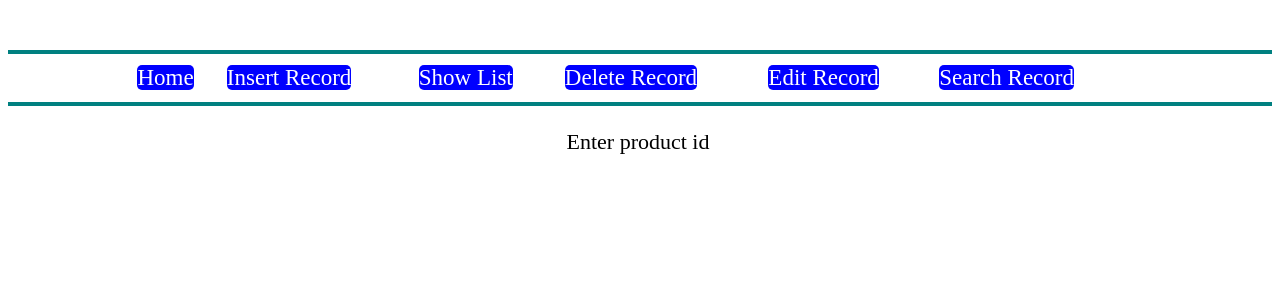
Repository: nikunj-var/Advance_Java
Page: http://localhost/product_management/insert.jsp
An editor plug-in stored every save of this project. The page is shown before and after the next save, followed by the edit.
The browser window is 1280 px wide. The pictures show the whole page.
The page is served by Tomcat 10. Other server files are loaded and not shown.

Above is the page before, as saved 2023-07-17 13:11:21.

### product_management/src/main/webapp/insert.jsp
<%@ include file = "navbar.jsp"%>
<html>
	<body>
		<table class='table'>
			<tr>
				<td>Enter product id</td>
				<td></td>
			</tr>
		</table>
	</body>
</html>

### product_management/src/main/webapp/navbar.jsp

<html>
	<head>
		<link rel='stylesheet' href='CSS/style.css'>
	</head>
	<body>
		<div class='div'>
			<hr style='border:2px solid teal;'>
			<table style='margin:auto; width:80%;' class='table'>
				<tr>
					<td><a href= '/product_management' class='btr'>Home</a></td>
					<td><a href= 'insert.jsp' class='btr'>Insert Record</a></td>
					<td><a href= '#' class='btr'>Show List</a></td>
					<td><a href= '#' class='btr'>Delete Record</a></td>
					<td><a href= '#' class='btr'>Edit Record</a></td>
					<td><a href= '#' class='btr'>Search Record</a></td>
				</tr>
			</table>
			<hr style='border:2px solid teal;'>
		</div>

	</body>
</html>

### product_management/src/main/webapp/CSS/style.css
.div{
	text-align: center;
	margin-top: 50px;
}

.btr{
	color: white;
	background-color: blue;
	padding-top: 5px 15px;
	border-radius: 5px;
	text-decoration: none;
	font-size: 23px;
}
.btr:hover{
	background-color: gray;
}
.table{
	margin: auto;
	margin-top: 20px;
	font-size: 22px;
}
.textbox{
	font-size: 18px;
	width: 300px;
}
.button{
	color: white;
	background-color: blue;
	padding-top: 5px 15px;
	border-radius: 5px;
	font-size: 18px;
}

After the next save:
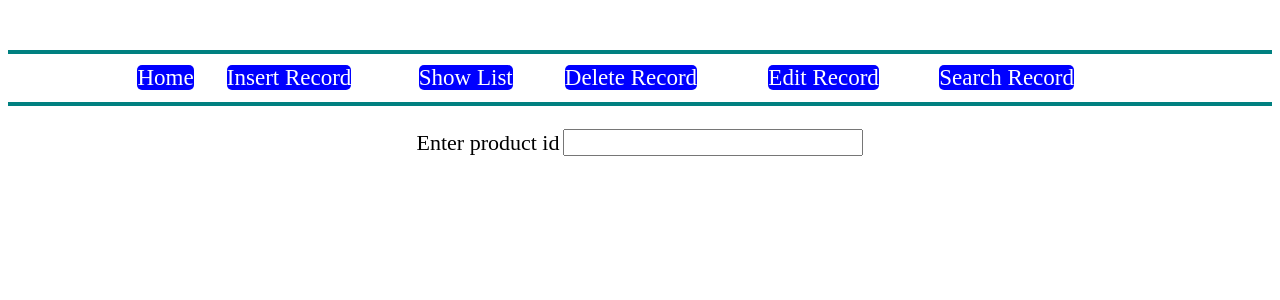
Saved 52 s later.
--- a/product_management/src/main/webapp/insert.jsp
+++ b/product_management/src/main/webapp/insert.jsp
@@ -4,7 +4,7 @@
 		<table class='table'>
 			<tr>
 				<td>Enter product id</td>
-				<td></td>
+				<td><input type="text" class="textbox" name="pid" required></td>
 			</tr>
 		</table>
 	</body>
